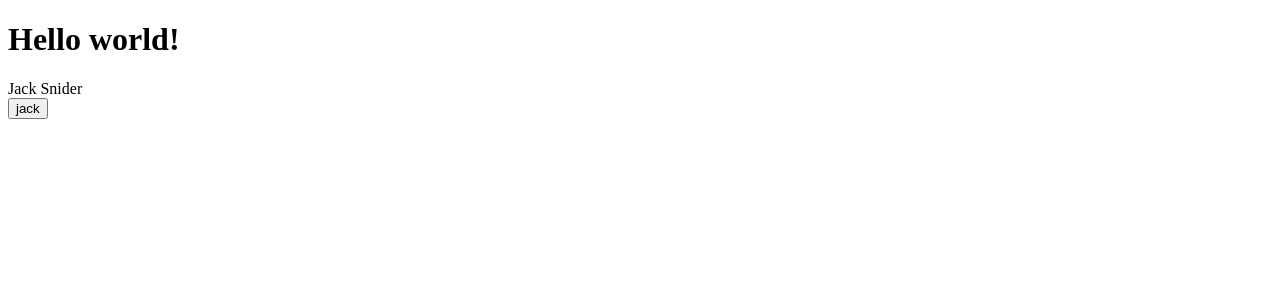
Repository: Jack-Snider/JSP-PlayGround
Page: http://localhost/TEST/views/test.jsp
These files come from the project's save history. The page is drawn as it stood at one moment and after a run of saves; the edit follows.
The browser window is 1280 px wide. The pictures show the whole page.
The page is served by Tomcat 9. Other server files are loaded and not shown.

Above is the page before, as saved 2022-10-03 06:10:31.

### TEST/src/main/webapp/views/test.jsp
<%@ page language="java" contentType="text/html; charset=EUC-KR"
    pageEncoding="EUC-KR"%>
<!DOCTYPE html>
<html>
	<head>
		<meta charset="EUC-KR">
		<title>Jack Snider Test</title>

		<script src="https://code.jquery.com/jquery-3.6.1.min.js" integrity="sha256-o88AwQnZB+VDvE9tvIXrMQaPlFFSUTR+nldQm1LuPXQ=" crossorigin="anonymous"></script>


	</head>
	<body>
		<h1>Hello world!</h1>
		<div id = "div">Jack Snider</div>

		<form action="<%= request.getContextPath()%>/jacksnider.do" method = "post">
			<input id = "jack" type = "button" value = "jack">
		</form>


		<script type="text/javascript">

			$( "#jack" ).on( "click", function(){
				$.ajax({
					url:"<%= request.getContextPath()%>/jacksnider.do",		// servlet
					type: "post",
					datatype:"json",
					data:"id=abc&pwd=123",
					success:function( json ){
						//alert("s");
						//int, string, 다수의 데이터

						//var data = JSON.parse(obj);
						//console.log(data.id);
						//alert(json.str);
						/* var data = JSON.parse(json.map);
						alert(data); */
						//alert(json.map.title);
						alert(json.map.list);
						alert(json.map.list[0].number);



					},
					error:function(){
						alert("error");
					}
				})
				$( "form" ).submit();
			} );

		</script>

	</body>
</html>

After the next 2 saves:
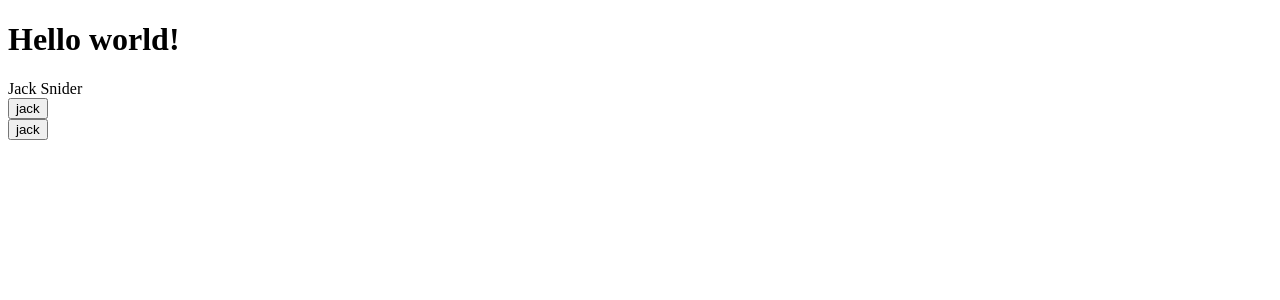
The 2 saves are shown as one change because they came seconds apart.
The last was saved 52 s later.
--- a/TEST/src/main/webapp/views/test.jsp
+++ b/TEST/src/main/webapp/views/test.jsp
@@ -14,6 +14,8 @@
 		<h1>Hello world!</h1>
 		<div id = "div">Jack Snider</div>
 
+		<button id = "jack">jack</button>
+
 		<form action="<%= request.getContextPath()%>/jacksnider.do" method = "post">
 			<input id = "jack" type = "button" value = "jack">
 		</form>
@@ -28,19 +30,6 @@
 					datatype:"json",
 					data:"id=abc&pwd=123",
 					success:function( json ){
-						//alert("s");
-						//int, string, 다수의 데이터
-
-						//var data = JSON.parse(obj);
-						//console.log(data.id);
-						//alert(json.str);
-						/* var data = JSON.parse(json.map);
-						alert(data); */
-						//alert(json.map.title);
-						alert(json.map.list);
-						alert(json.map.list[0].number);
-
-
 
 					},
 					error:function(){

After the save that followed:
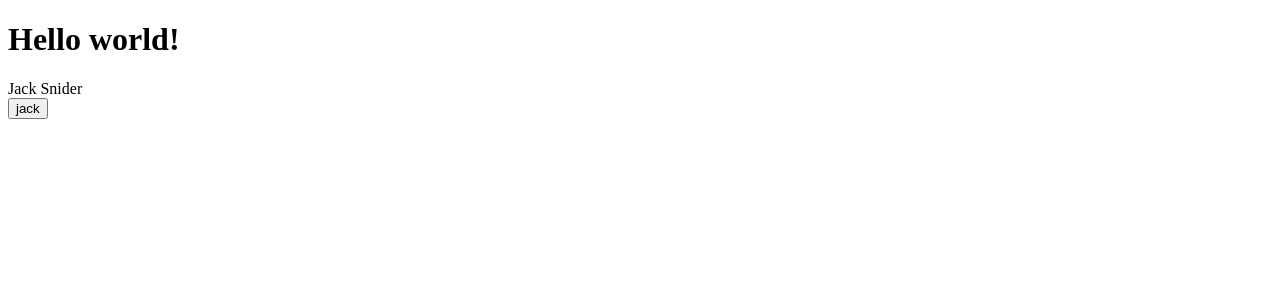
Saved 6 s later.
--- a/TEST/src/main/webapp/views/test.jsp
+++ b/TEST/src/main/webapp/views/test.jsp
@@ -16,9 +16,11 @@
 
 		<button id = "jack">jack</button>
 
+		<!--
 		<form action="<%= request.getContextPath()%>/jacksnider.do" method = "post">
 			<input id = "jack" type = "button" value = "jack">
 		</form>
+		 -->
 
 
 		<script type="text/javascript">
